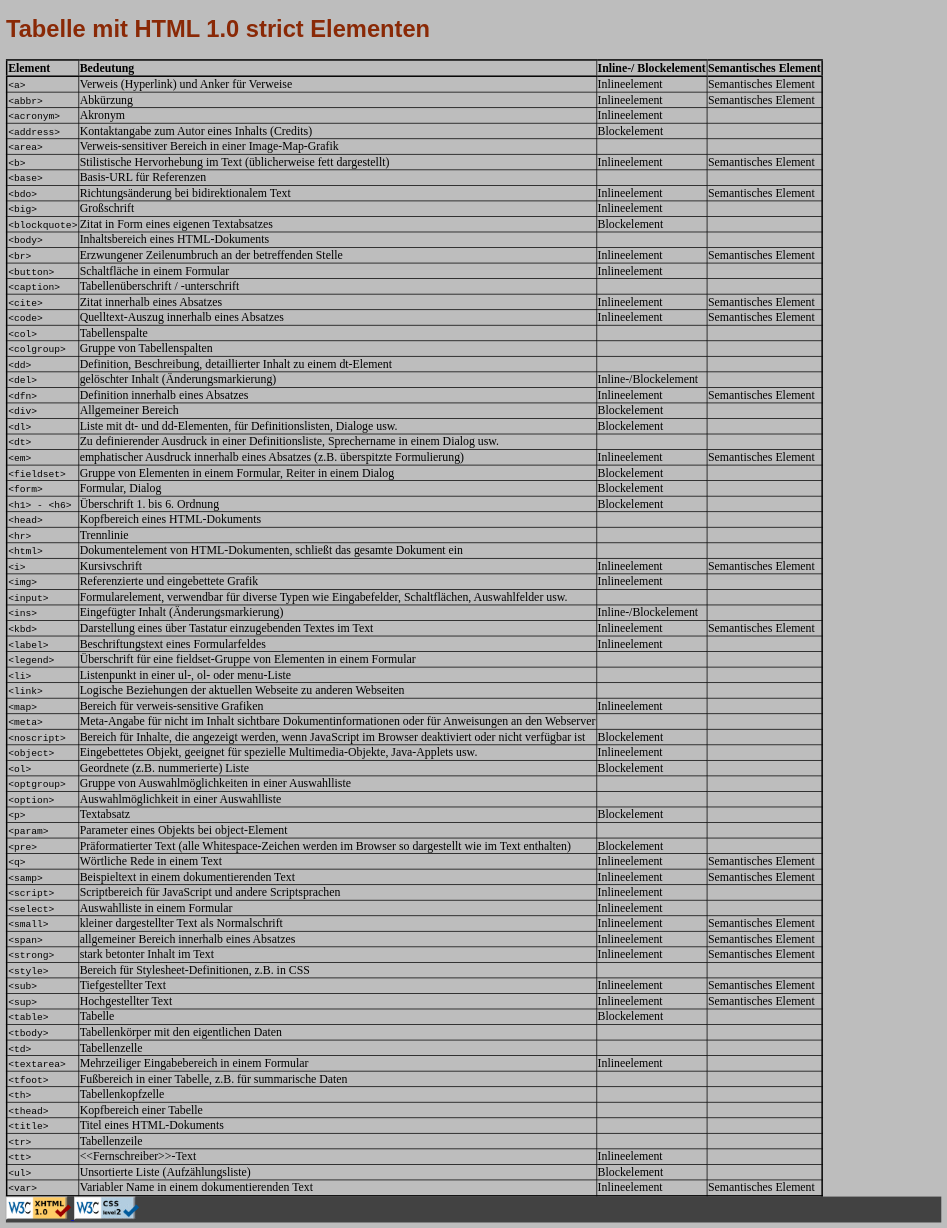
Repository: pLurchi/MyWebengineeringRepo
Page: RemoteSystemsTempFiles/HA-Kapitel06/WebContent/index.html
An editor plug-in stored every save of this project. The page is shown before and after the next save, followed by the edit.
The browser window is 1280 px wide. The pictures show the whole page, at 74% of full size.

Above is the page before, as saved 2013-11-30 10:26:26.

After the next save:
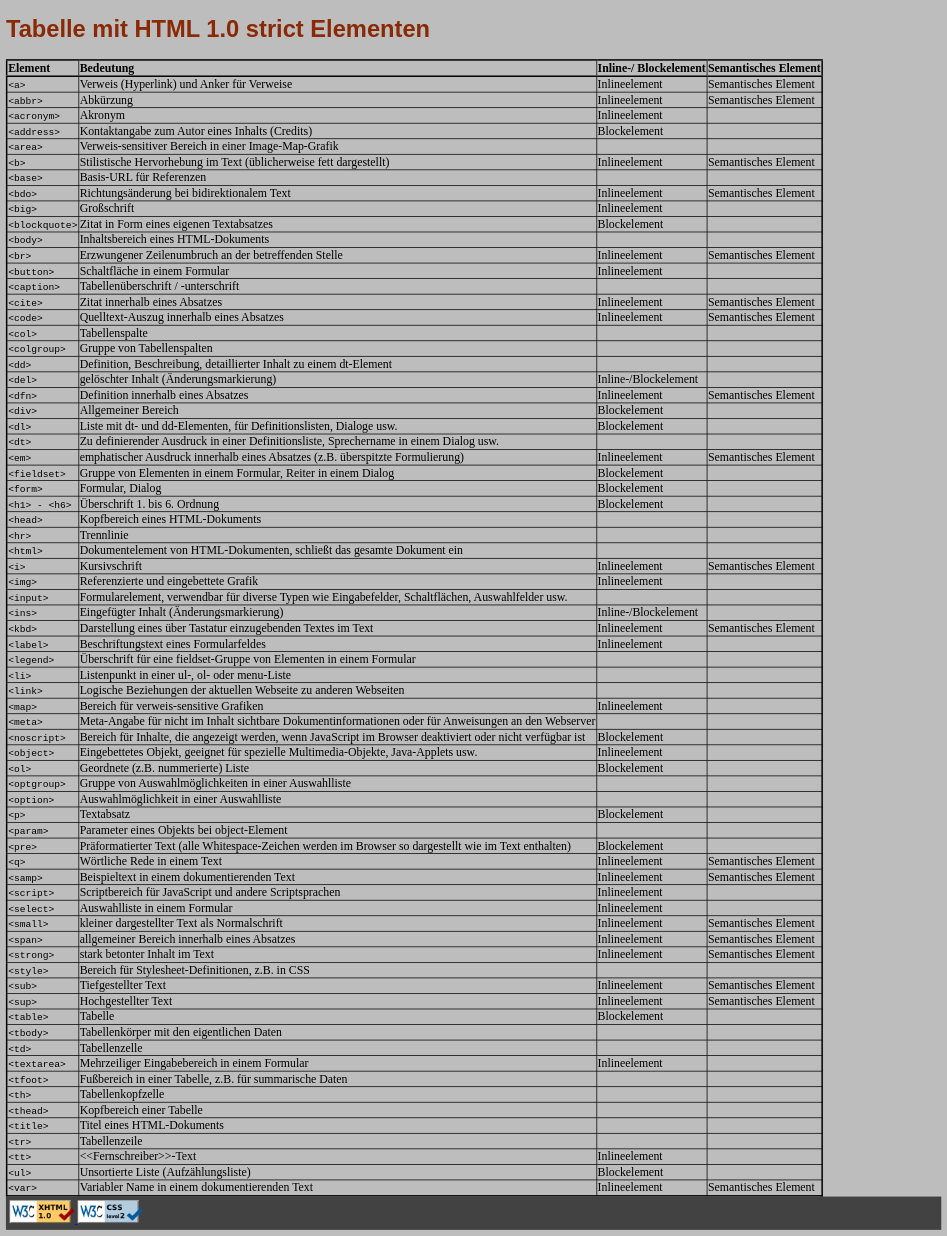
Saved 42 s later.
--- a/RemoteSystemsTempFiles/HA-Kapitel06/WebContent/CSS/stylesheet.css
+++ b/RemoteSystemsTempFiles/HA-Kapitel06/WebContent/CSS/stylesheet.css
@@ -28,6 +28,7 @@ body {
 	clear:both;
 	margin:auto;
 	background-color:#424242;
+	padding:5px;
 
 }
 
